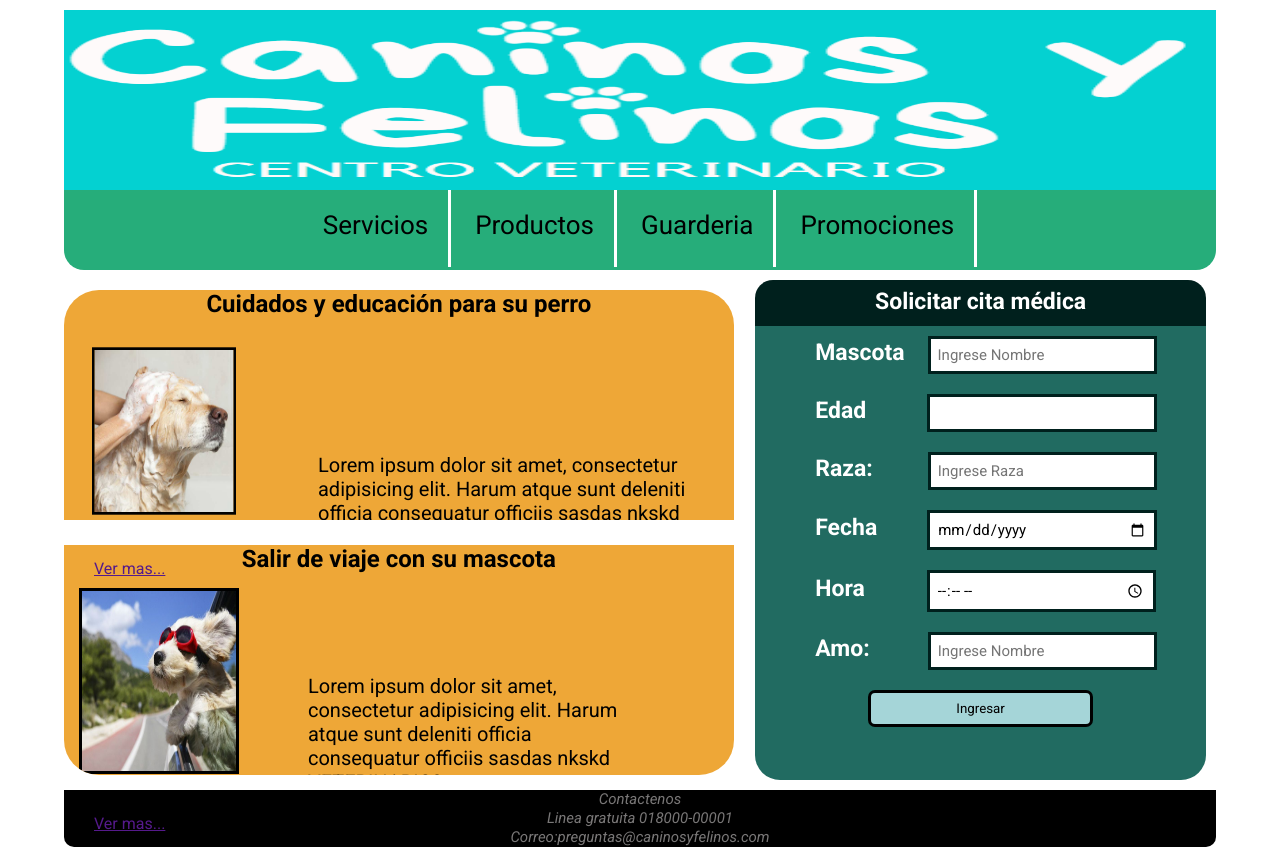
Repository: NickArregoces/Veterinaria
Page: Index.html
These files come from the project's save history. The page is drawn as it stood at one moment and after the next save; the edit follows.
The browser window is 1280 px wide. The pictures show the whole page.
The pointer rests on the first visible `div.Cuidados img`.

Above is the page before, as saved 2021-10-08 19:16:54.

After the next save:
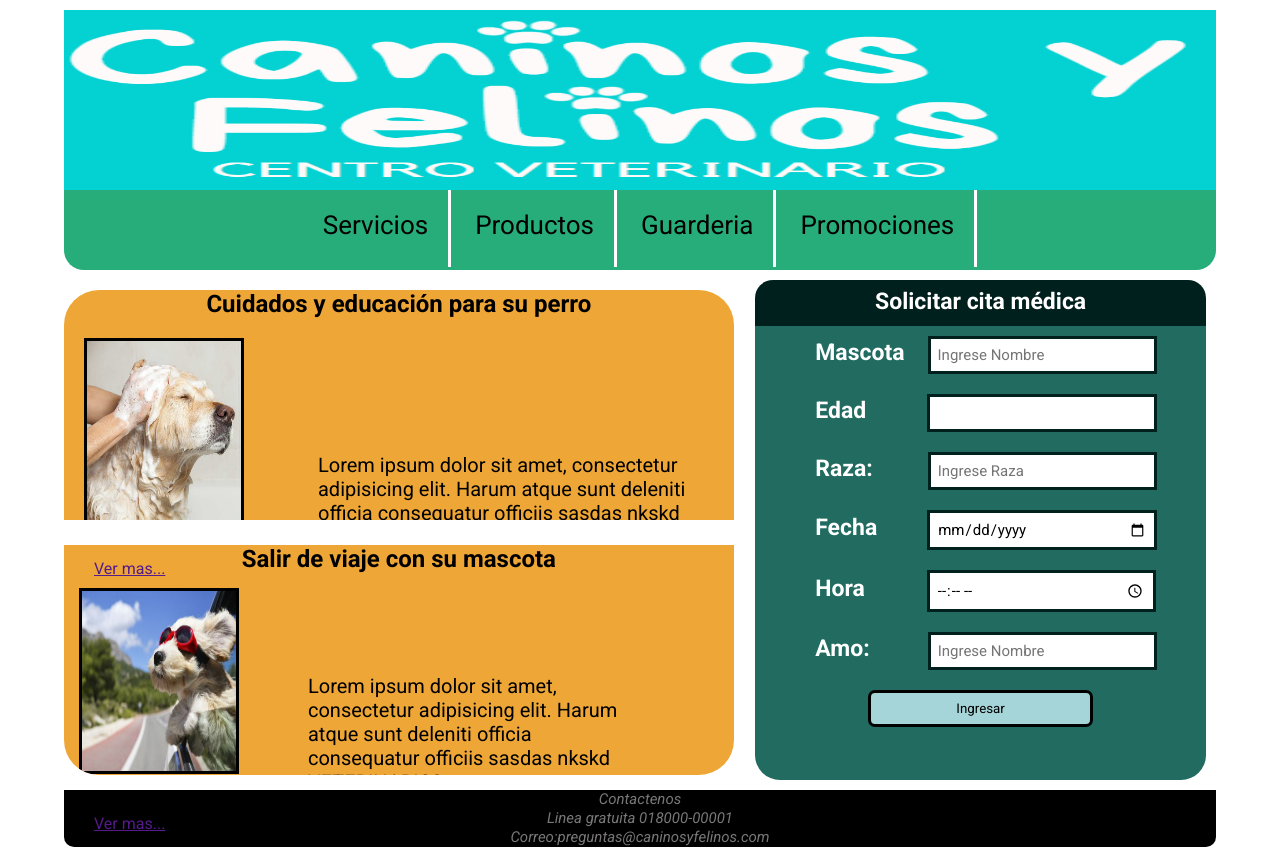
Saved 41 s later.
--- a/CSS/Style.css
+++ b/CSS/Style.css
@@ -174,7 +174,7 @@ aside{
             border: solid black;
         }
         /*Efecto Imagenes aside*/
-        div.Cuidados img:hover{
+        div. img:hover{
             -webkit-transform:scale(0.9);
             transform:scale(0.9);
         }
